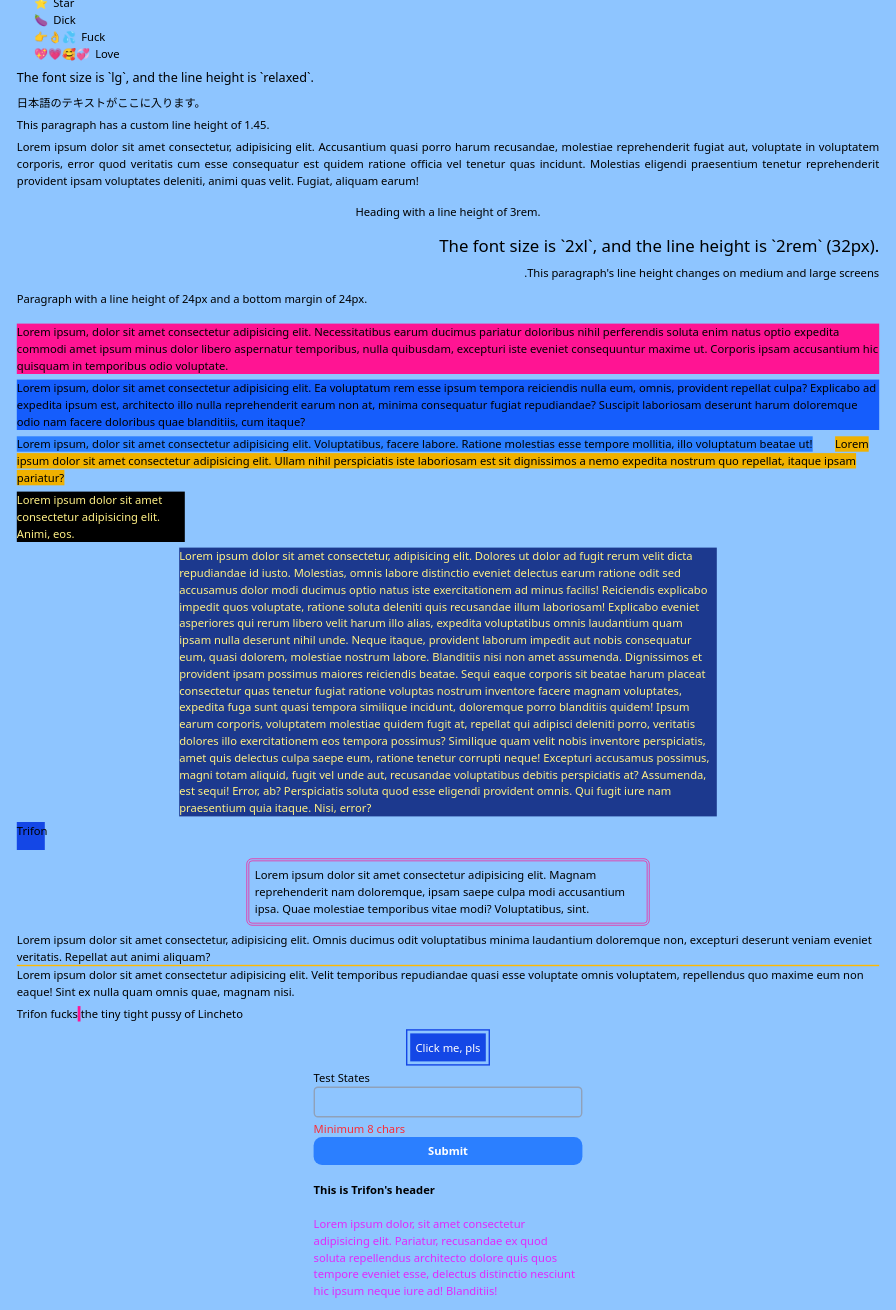
Repository: DinTri/TailwindCss
Page: index.html
An editor plug-in stored every save of this project. The page is shown before and after the next save, followed by the edit.
The browser window is 1280 px wide. The pictures show the part of the page from y = 986 to 2906 px (the page is 2858 px tall before and 2906 px after), at 70% of full size.
Some web fonts or font styles are not loaded; a fallback is used.

Above is the page before, as saved 2025-06-11 23:10:21.

After the next save:
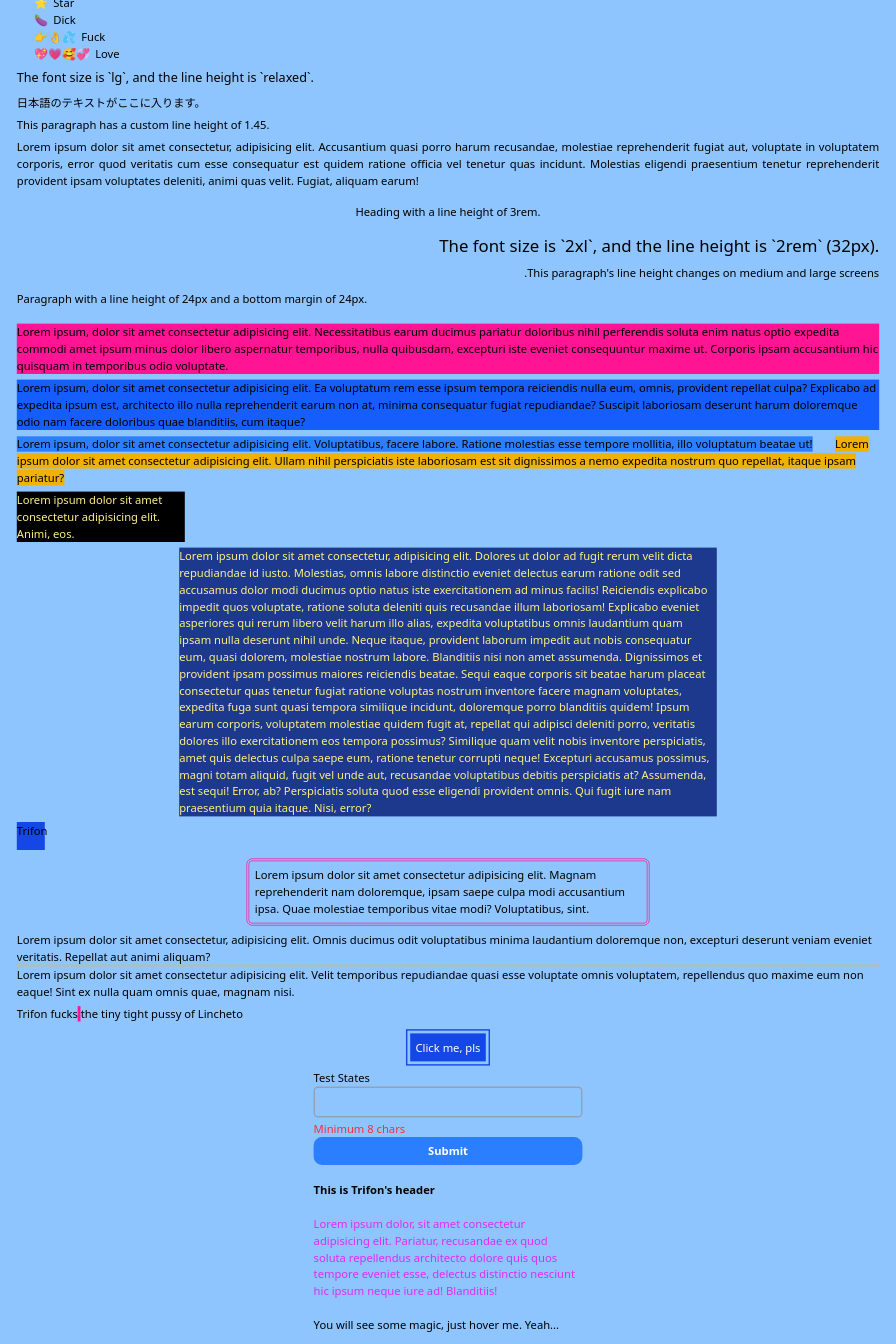
Saved 2 min 29 s later.
--- a/index.html
+++ b/index.html
@@ -123,6 +123,7 @@
 <div class="space-y-6 max-w-sm mx-auto mt-6">
   <h3 class="font-semibold">This is Trifon's header</h3>
   <p class="text-fuchsia-500">Lorem ipsum dolor, sit amet consectetur adipisicing elit. Pariatur, recusandae ex quod soluta repellendus architecto dolore quis quos tempore eveniet esse, delectus distinctio nesciunt hic ipsum neque iure ad! Blanditiis!</p>
+  <button>You will see some magic, just hover me. Yeah...</button>
 </div>
   </div>
   </body>
